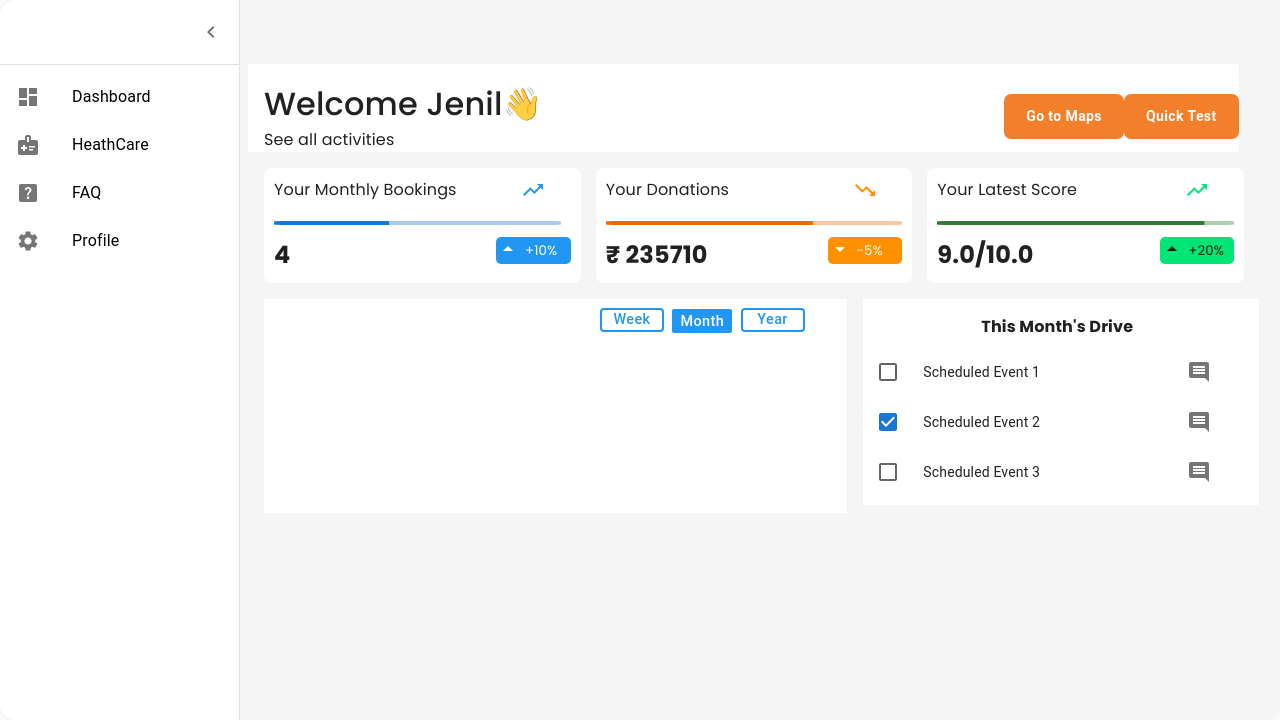
Repository: shubhampirate/Google_Solutions_Edural
Page: /dashboard
These files come from the project's save history. The page is drawn as it stood at one moment and after the next save; the edit follows.
The browser window is 1280 px wide. The pictures show the whole page.
The page's requests for data from a server got no answer. The project was rebuilt for these pictures with package versions that can differ from the ones it lists, and the page was loaded fresh each time. Some packages were replaced by stand-ins written for this rebuild. No one was signed in, and anything a server would have sent is missing. Also part of the build but not shown: src/Components/Navbar.jsx, src/Components/Footer.jsx, src/Components/CongratsCard.jsx, src/pages/Hero/Hero.jsx, src/pages/Sign_in.jsx.

Above is the page before, as saved 2024-02-03 17:56:02.

### src/App.jsx
import Hero from "./pages/Hero/Hero";
import Dashboard from "./pages/Dashboard/Dashboard";
import SignIn from "./pages/Sign_in";
import {useState} from "react";
import { Route, Routes } from "react-router-dom";
function App() {
  return (
    <>
      {/* <Hero />   */}
      {/* <SignIn /> */}
      <Routes>
        <Route path="/signin" element={<><SignIn /></>} />
        <Route path="/dashboard" element={<><Dashboard /></>} />
        {/* <Route path="/education" element={<><Education /></>} /> */}
        {/* <Route path="/health" element={<><Health /></>} /> */}
        {/* <Route path="/profile" element={<><Profile /></>} /> */}
        {/* <Route path="/finance" element={<><Finance /></>} /> */}
        {/* <Route path="/questions" element={<><Questions /></>} /> */}
        {/* <Route path="/retireaibot" element={<><Bot /></>} /> */}
        <Route path="/" element={<><Hero /></>} />
      </Routes>
         </>
  );
}

export default App;

### src/pages/Dashboard/Dashboard.jsx
    import * as React from 'react';
    import { styled, createTheme, ThemeProvider } from '@mui/material/styles';
    import CssBaseline from '@mui/material/CssBaseline';
    import MuiDrawer from '@mui/material/Drawer';
    import Box from '@mui/material/Box';
    import MuiAppBar from '@mui/material/AppBar';
    import Toolbar from '@mui/material/Toolbar';
    import {
    LinearProgress, ListItem, CircularProgress, Checkbox, ListItemText, Dialog, DialogActions, DialogContent,
    DialogContentText, DialogTitle, ListItemIcon, ListItemButton
    } from '@mui/material';
    import TrendingUpIcon from '@mui/icons-material/TrendingUp';
    // import { PieChart } from '@mui/x-charts/PieChart';
    // import { useDrawingArea } from '@mui/x-charts/hooks';
    import TrendingDownIcon from '@mui/icons-material/TrendingDown';
    import List from '@mui/material/List';
    import Divider from '@mui/material/Divider';
    import IconButton from '@mui/material/IconButton';
    import ArrowDropUpIcon from '@mui/icons-material/ArrowDropUp';
    import ArrowDropDownIcon from '@mui/icons-material/ArrowDropDown';
    import Grid from '@mui/material/Grid';
    import MenuIcon from '@mui/icons-material/Menu';
    import ChevronLeftIcon from '@mui/icons-material/ChevronLeft';
    import { mainListItems } from '../../Components/listItems';
    import axios from 'axios';
    import Button from '@mui/material/Button';
    import CommentIcon from '@mui/icons-material/Comment';
    import Swal from 'sweetalert2';
    import { useState } from 'react';
    import { useEffect } from 'react';
    import CustomButton from "../../Components/CustomButton";
    // import { Bar } from "react-chartjs-2";
    // import { BarElement, CategoryScale, Chart as ChartJS, Legend, LinearScale, Title, Tooltip } from "chart.js";
    // import GoogleTranslateComponent from '../../Components/GoogleTranslateComponent';
    // import csacc from "../../media/csacc.png"
    // import creditscoremodel from "../../media/creditscoremodel.png"
    // import creditflow from "../../media/creditflowchart.png"
    // ChartJS.register(CategoryScale, LinearScale, BarElement, Title, Tooltip, Legend);

    const drawerWidth = 240;

    const AppBar = styled(MuiAppBar, {
    shouldForwardProp: (prop) => prop !== 'open',
    })(({ theme, open }) => ({
    zIndex: theme.zIndex.drawer + 1,
    transition: theme.transitions.create(['width', 'margin'], {
        easing: theme.transitions.easing.sharp,
        duration: theme.transitions.duration.leavingScreen,
    }),
    ...(open && {
        marginLeft: drawerWidth,
        width: `calc(100% - ${drawerWidth}px)`,
        transition: theme.transitions.create(['width', 'margin'], {
        easing: theme.transitions.easing.sharp,
        duration: theme.transitions.duration.enteringScreen,
        }),
    }),
    }));

    const Drawer = styled(MuiDrawer, { shouldForwardProp: (prop) => prop !== 'open' })(
    ({ theme, open }) => ({
        '& .MuiDrawer-paper': {
        position: 'relative',
        whiteSpace: 'nowrap',
        width: drawerWidth,
        transition: theme.transitions.create('width', {
            easing: theme.transitions.easing.sharp,
            duration: theme.transitions.duration.enteringScreen,
        }),
        boxSizing: 'border-box',
        ...(!open && {
            overflowX: 'hidden',
            transition: theme.transitions.create('width', {
            easing: theme.transitions.easing.sharp,
            duration: theme.transitions.duration.leavingScreen,
            }),
            width: theme.spacing(7),
            [theme.breakpoints.up('sm')]: {
            width: theme.spacing(9),
            },
        }),
        },
    }),
    );

    var currentDate = new Date();

    var months = [
    "January", "February", "March", "April", "May", "June",
    "July", "August", "September", "October", "November", "December"
    ];

    var formattedDate = months[currentDate.getMonth()] + " " + currentDate.getDate() + ", " + currentDate.getFullYear();

    const defaultTheme = createTheme();

    export default function Dashboard() {
    const [open, setOpen] = React.useState(true);
    const toggleDrawer = () => {
        setOpen(!open);
    };

    const [expensedata, setExpensedata] = useState([])

    useEffect(() => {
        loadList();
    }, []);


    const loadList = async () => {
        const result = await axios.get(`https://wixstocle.pythonanywhere.com/api/expense/`, {
        headers: { "Authorization": `Token 11c868750d92deda81638c5a9a59177bdc7ae41a` },
        });
        console.log(result.data.data);
        setExpensedata(result.data.data);
    }

    const getLabels = () => expensedata.slice(-5).map(data => data.date);

    const getData = (key) => expensedata.slice(-5).map(data => data[key]);

    const optionsexpense = {
        indexAxis: 'x',
        elements: {
        bar: {
            borderWidth: 0,
        },
        },
        responsive: true,
        interaction: {
        mode: 'index',
        intersect: false,
        },
        scales: {
        x: {
            stacked: false,
        },
        y: {
            stacked: false,
        },
        },
        plugins: {
        legend: {
            position: 'top',
        }
        },
    };

    const dataexpense = {
        labels: getLabels(),
        datasets: [
        {
            label: 'Revenue',
            data: getData('income'),
            backgroundColor: '#2196f3',
        },
        {
            label: 'Spendings',
            data: getData('expense'),
            backgroundColor: '#ff9100',
        },
        {
            label: 'Savings',
            data: getData('savings'),
            backgroundColor: '#00e676',
        },
        ],
    };

    const today = new Date();
    const year = today.getFullYear();
    const month = String(today.getMonth() + 1).padStart(2, '0'); // Months are zero-based
    const day = String(today.getDate()).padStart(2, '0');

    const todayDate = `${year}-${month}-${day}`;

    const [userData, setUserData] = React.useState({
        income: '',
        savings: '',
        expense: '',
        date: todayDate,
        user: "tony@gmail.com"
    });

    const handleChangePlan = (field, value) => {
        setUserData((prevData) => ({ ...prevData, [field]: value }));
    };
    const creditscore = 87.4;

    const handlePostData = () => {
        console.log(userData);
        fetch(`https://wixstocle.pythonanywhere.com/api/expense/`, {
        method: 'POST',
        headers: {
            "Authorization": `Token 11c868750d92deda81638c5a9a59177bdc7ae41a`,
            'Content-Type': 'application/json',
        },
        body: JSON.stringify(userData),
        })
        .then((response) => response.json())
        .then((data) => {
            // console.log(data);
            if (data.status == true) {
            Swal.fire({
                icon: 'success',
                title: 'Successfully Saved the details',
                showConfirmButton: false,
                timer: 3000
            })
            setExpensedata([...expensedata, userData]);
            }
            else {
            Swal.fire({
                icon: 'error',
                title: data.message,
                showConfirmButton: false,
                timer: 3000
            })
            }
        });
    };


    //   function PieCenterLabel({ children }) {
    //     const { width, height, left, top } = useDrawingArea();
    //     return (
    //       <StyledText x={left + width / 2} y={top + height / 2}>
    //         {children}
    //       </StyledText>
    //     );
    //   }

    const [checked, setChecked] = React.useState([1]);

    const handleToggle = (value) => () => {
        const currentIndex = checked.indexOf(value);
        const newChecked = [...checked];

        if (currentIndex === -1) {
        newChecked.push(value);
        } else {
        newChecked.splice(currentIndex, 1);
        }

        setChecked(newChecked);
    };
    return (
        <ThemeProvider theme={defaultTheme}>
        <Box sx={{ display: 'flex', borderRadius: '16px', overflow: 'hidden', boxShadow: '0px 0px 10px rgba(0, 0, 0, 0.1)' }} >
            <CssBaseline />
            <AppBar position="absolute" open={open} sx={{ backgroundColor: "whitesmoke", boxShadow: 'none' }}>
            <Toolbar
                sx={{
                pr: '24px', // keep right padding when drawer closed
                display: 'flex',
                alignItems: 'center',
                justifyContent: 'space-between',
                }}>
                <Box sx={{ display: 'flex', alignItems: 'center' }}>
                <IconButton
                    edge="start"
                    aria-label="open drawer"
                    onClick={toggleDrawer}
                    sx={{
                    marginRight: '36px',
                    ...(open && { display: 'none' }),
                    backgroundColor: "#fff"
                    }}>
                    <MenuIcon />
                </IconButton>
                </Box>
            </Toolbar>
            </AppBar>
            <Drawer variant="permanent" open={open}>
            <Toolbar
                sx={{
                display: 'flex',
                alignItems: 'center',
                justifyContent: 'flex-end',
                px: [1],
                }}
            >
                {/* <GoogleTranslateComponent /> */}
                <IconButton onClick={toggleDrawer}>
                <ChevronLeftIcon />
                </IconButton>
            </Toolbar>
            <Divider />
            <List component="nav">
                {mainListItems}
            </List>
            </Drawer>
            <Box
            component="main"
            sx={{
                backgroundColor: (theme) =>
                theme.palette.mode === 'light'
                    ? theme.palette.grey[100]
                    : theme.palette.grey[900],
                flexGrow: 1,
                height: '100vh',
                overflow: 'auto',
            }}>
            <Toolbar />
            <div>
        <Grid container spacing={2} marginTop="0.02rem" paddingLeft={3} paddingRight={2}>
            <Grid item xs={6} style={{ backgroundColor: "white"}} >
            <div style={{ fontSize: '2rem', fontWeight: '500' }}>Welcome Jenil👋</div>
            <div>See all activities</div>
            </Grid>
            <Grid item xs={5.7} display="flex" justifyContent="flex-end" alignItems="center" style={{ backgroundColor: "white"}}>
            <CustomButton
              backgroundColor="#F47F2A"
              color="#fff"
              buttonText="Go to Maps"
              heroBtn={true}
            />
              <CustomButton
              backgroundColor="#F47F2A"
              color="#fff"
              marginLeft="10px"
              buttonText="Quick Test "
              heroBtn={true}
            />
            </Grid>
        </Grid>
        </div>

            <Grid container spacing={2} marginTop="1rem" paddingLeft={5} paddingRight={2}>
                <Grid item xs={12} md={3.8} style={{ backgroundColor: "white", padding: "10px", marginRight: "15px", borderRadius: "0.5rem" }}>
                <Grid item xs={12}>
                    <Grid container>
                    <Grid item xs={10}><div>Your Monthly Bookings</div></Grid>
                    <Grid item xs={2}><TrendingUpIcon sx={{ color: "#2196f3" }} /></Grid>
                    </Grid>
                    <Grid item xs={12}>
                    <LinearProgress variant="determinate" value={40} sx={{ color: "#2196f3", borderRadius: "10%", margin: "12px 10px 12px 0px" }} />
                    </Grid>
                    <Grid item xs={12}>
                    <Grid container>
                        <Grid item xs={9}>
                        <div style={{ fontSize: "1.5rem", fontWeight: "550" }}> 4</div>
                        </Grid>
                        <Grid item xs={3} style={{ backgroundColor: "#2196f3", color: "white", borderRadius: "5px", height: "1.65rem" }}>
                        <ArrowDropUpIcon /> <sup>+10%</sup>
                        </Grid>
                    </Grid>
                    </Grid>
                </Grid>
                </Grid>
                <Grid item xs={12} md={3.8} style={{ backgroundColor: "white", padding: "10px", marginRight: "15px", borderRadius: "0.5rem" }}>
                <Grid item xs={12}>
                    <Grid container>
                    <Grid item xs={10}><div>Your Donations</div></Grid>
                    <Grid item xs={2}><TrendingDownIcon sx={{ color: "#ff9100" }} /></Grid>
                    </Grid>
                    <Grid item xs={12}>
                    <LinearProgress variant="determinate" value={70} color='warning' sx={{ borderRadius: "10%", margin: "12px 0px" }} />
                    </Grid>
                    <Grid item xs={12}>
                    <Grid container>
                        <Grid item xs={9}>
                    <div style={{ fontSize: "1.5rem", fontWeight: "550" }}>₹ 235710</div>
                        </Grid>
                        <Grid item xs={3} style={{ backgroundColor: "#ff9100", color: "white", borderRadius: "5px", height: "1.65rem" }}>
                        <ArrowDropDownIcon /> <sup>-5%</sup>
                        </Grid>
                    </Grid>
                    </Grid>
                </Grid>
                </Grid>
                <Grid item xs={12} md={3.8} style={{ backgroundColor: "white", padding: "10px", marginRight: "15px", borderRadius: "0.5rem" }}>
                <Grid item xs={12}>
                    <Grid container>
                    <Grid item xs={10}><div>Your Latest Score</div></Grid>
                    <Grid item xs={2}><TrendingUpIcon sx={{ color: "#00e676" }} /></Grid>
                    </Grid>
                    <Grid item xs={12}>
                    <LinearProgress variant="determinate" value={90} color="success" style={{ borderRadius: "10%", margin: "12px 0px" }} />
                    </Grid>
                    <Grid item xs={12}>
                    <Grid container>
                        <Grid item xs={9}>
    <div style={{ fontSize: "1.5rem", fontWeight: "550" }}> 9.0/10.0</div>
                        </Grid>
                        <Grid item xs={3} style={{ backgroundColor: "#00e676", borderRadius: "5px", height: "1.65rem" }}>
                        <ArrowDropUpIcon /> <sup>+20%</sup>
                        </Grid>
                    </Grid>
                    </Grid>
                </Grid>
                </Grid>
                {/* <Grid item xs={12} md={2.5} style={{ backgroundColor: "white", padding: "10px", borderRadius: "0.5rem" }}> */}
                {/* <Grid container spacing={2}> */}
                    {/* <Grid item xs={12}>Today's Savings Deal</Grid> */}
                    {/* <Grid item xs={12}>
                    <LinearProgress variant="determinate" value={0} color='secondary' sx={{ borderRadius: "10%", margin: "3px 0px" }} />
                    </Grid> */}
                    {/* <Grid item xs={12} sx={{ fontWeight: "550", marginTop: "-10px" }}>Buy Doctor Shoes from Amazon and save over <br />₹ 1500</Grid> */}
                {/* </Grid> */}
                {/* </Grid> */}
            </Grid>
            <Grid container spacing={2} marginTop="1rem" paddingLeft={5} paddingRight={2} marginBottom={2}>
                <Grid item xs={7} sx={{ backgroundColor: "white", padding: "5px", marginRight: "1rem" }}>
                <Grid container spacing={2} padding={1}>
                    <Grid xs={7}></Grid>
                    <Grid xs={1.5}><Button style={{
                    borderColor: "#2196f3", color: "#2196f3", height: "1.5rem", textTransform: "capitalize",
                    fontSize: "0.9rem", border: "2px solid", textAlign: "left"
                    }}>Week</Button></Grid>
                    <Grid xs={1.5}><Button style={{
                    backgroundColor: "#2196f3", color: "white", height: "1.75rem", textTransform: "capitalize",
                    fontSize: "0.9rem", border: "2px solid", textAlign: "left"
                    }}>Month</Button></Grid>
                    <Grid xs={1}><Button style={{
                    borderColor: "#2196f3", color: "#2196f3", height: "1.5rem", textTransform: "capitalize",
                    fontSize: "0.9rem", border: "2px solid", textAlign: "left"
                    }}>Year</Button></Grid>
                    <Grid xs={12} marginTop={2}>
                    {/* <Bar options={optionsexpense} data={dataexpense} /> */}
                    </Grid>
                </Grid>
                </Grid>
                <Grid item xs={4.75} >
                <Grid container spacing={2} >

                    <Grid item xs={12}>
                    <Grid container spacing={2} sx={{ backgroundColor: "white", marginBottom: "0.5rem" }}>
                        <Grid item xs={12} style={{ textAlign: "center", marginLeft: "-0.75rem", fontWeight: "600" }}>This Month's Drive</Grid>
                        <List sx={{ width: '100%', maxWidth: 360, bgcolor: 'background.paper' }}>
                        {[0, 1, 2].map((value) => {
                            const labelId = `checkbox-list-label-${value}`;
                            return (
                            <ListItem
                                key={value}
                                secondaryAction={
                                <IconButton edge="end" aria-label="comments">
                                    <CommentIcon />
                                </IconButton>
                                }
                                disablePadding
                            >
                                <ListItemButton role={undefined} onClick={handleToggle(value)} dense>
                                <ListItemIcon>
                                    <Checkbox
                                    edge="start"
                                    checked={checked.indexOf(value) !== -1}
                                    tabIndex={-1}
                                    disableRipple
                                    inputProps={{ 'aria-labelledby': labelId }}
                                    />
                                </ListItemIcon>
                                <ListItemText id={labelId} style={{ marginLeft: "-0.75rem" }} primary={`Scheduled Event ${value + 1}`} />
                                </ListItemButton>
                            </ListItem>
                            );
                        })}
                        </List>
                    </Grid>
                    </Grid>
                </Grid>
                </Grid>
            </Grid>

            </Box>
        </Box >
        </ThemeProvider >
    );
    }

### src/Components/CustomButton.jsx
import { Button, styled } from "@mui/material";
import React from "react";

const CustomButton = ({
  backgroundColor,
  color,
  buttonText,
  heroBtn,
  guideBtn,
  getStartedBtn,
}) => {
  const CustomButton = styled(Button)(({ theme }) => ({
    backgroundColor: backgroundColor,
    color: color,
    fontWeight: "700",
    fontSize: "14px",
    cursor: "pointer",
    padding: "0.5rem 1.25rem",
    borderRadius: "7px",
    textTransform: "none",
    display: "block",
    border: "2px solid transparent",
    "&:hover": {
      backgroundColor: color,
      color: backgroundColor,
      borderColor: backgroundColor,
    },
    [theme.breakpoints.down("md")]: {
      margin: (heroBtn || getStartedBtn) && theme.spacing(0, "auto", 3, "auto"),
      width: (heroBtn || getStartedBtn) && "90%",
    },
    [theme.breakpoints.down("sm")]: {
      marginTop: guideBtn && theme.spacing(3),
      width: guideBtn && "90%",
    },
  }));

  return <CustomButton>{buttonText}</CustomButton>;
};

export default CustomButton;

Loaded but not shown: public/index.html (common file); src/index.css (common file); src/index.js (18 lines, source omitted); src/Components/listItems.jsx (103 lines, source omitted)

After the next save:
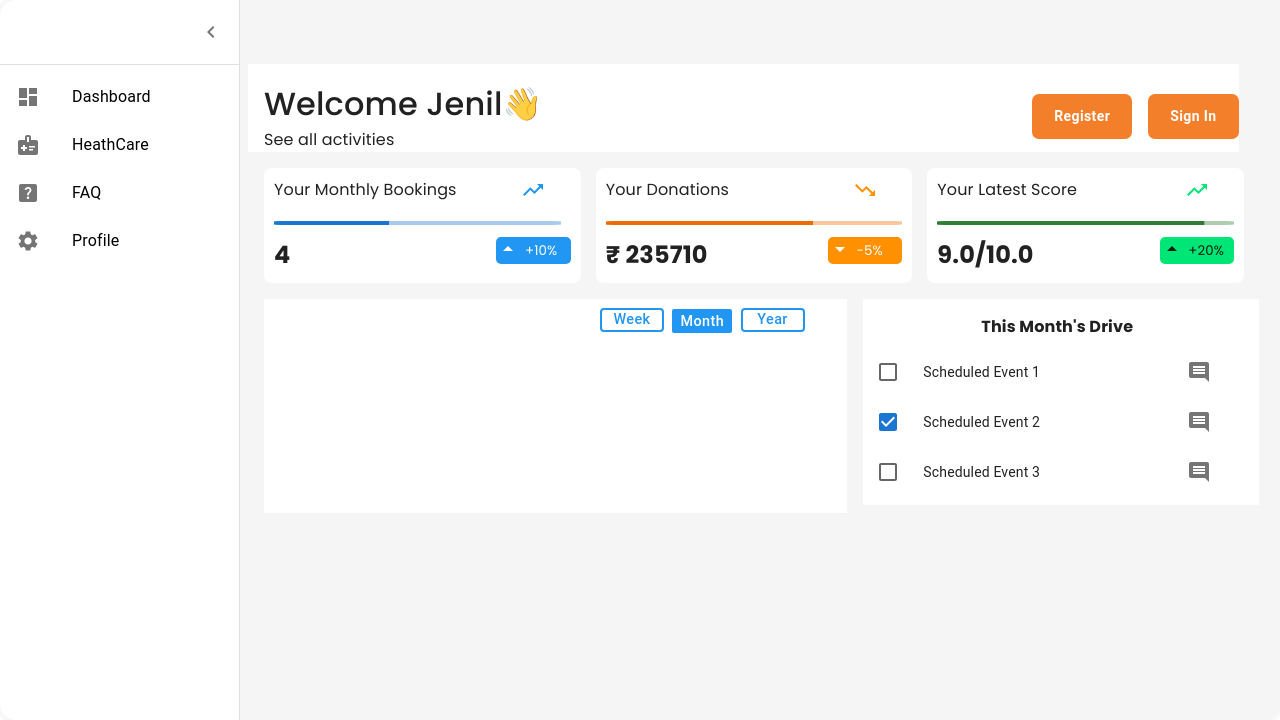
Saved 45 s later.
--- a/src/pages/Dashboard/Dashboard.jsx
+++ b/src/pages/Dashboard/Dashboard.jsx
@@ -309,19 +309,28 @@
             <div>See all activities</div>
             </Grid>
             <Grid item xs={5.7} display="flex" justifyContent="flex-end" alignItems="center" style={{ backgroundColor: "white"}}>
-            <CustomButton
-              backgroundColor="#F47F2A"
-              color="#fff"
-              buttonText="Go to Maps"
-              heroBtn={true}
-            />
-              <CustomButton
-              backgroundColor="#F47F2A"
-              color="#fff"
-              marginLeft="10px"
-              buttonText="Quick Test "
-              heroBtn={true}
-            />
+            <Box
+        sx={{
+          display: "flex",
+          alignItems: "center",
+          justifyContent: "center",
+          gap: "1rem",
+        }}
+      >
+        <CustomButton
+          backgroundColor="#F47F2A"
+          color="#fff"
+          buttonText="Register"
+
+        />
+        {/* <NavLink variant="body2">Sign Up</NavLink> */}
+        <CustomButton
+          backgroundColor="#F47F2A"
+          color="#fff"
+          buttonText="Sign In"
+
+        />
+      </Box>
             </Grid>
         </Grid>
         </div>
